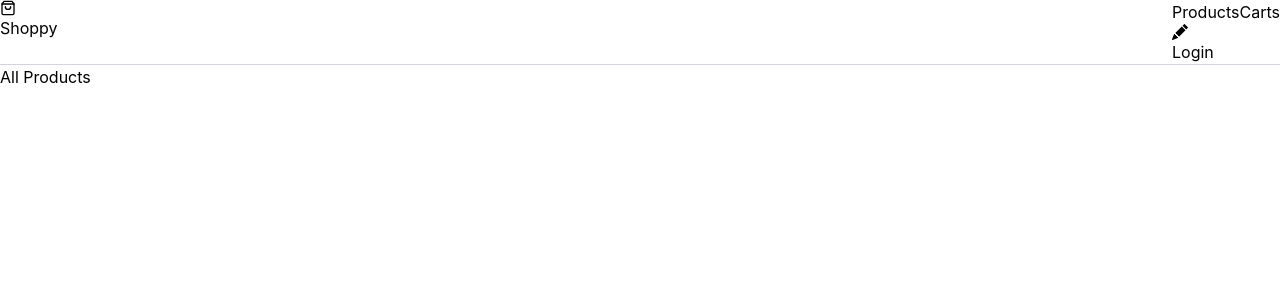
Repository: tjgus22/shoppy
Page: /products
The author's editor kept a copy of each file at every save. The page is drawn from the files as they stood at one save, then again after the next save.
The browser window is 1280 px wide. The pictures show the whole page.
The project was rebuilt for these pictures with package versions that can differ from the ones it lists, and the page was loaded fresh each time. Also part of the build but not shown: src/pages/Home.jsx, src/pages/ProductDetail.jsx, src/pages/NewProduct.jsx, src/pages/MyCart.jsx, src/pages/NotFound.jsx.

Above is the page before, as saved 2024-01-03 13:47:11.

After the next save:
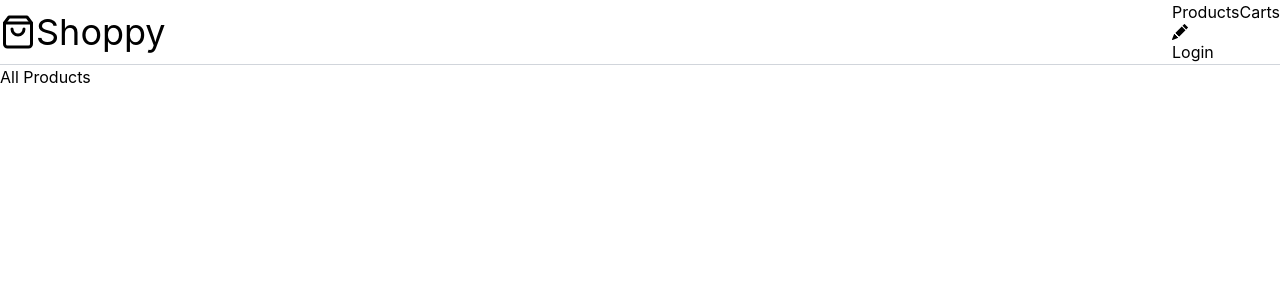
Saved 25 s later.
--- a/src/components/Navbar.jsx
+++ b/src/components/Navbar.jsx
@@ -6,7 +6,7 @@ import { BsFillPencilFill } from 'react-icons/bs';
 export default function Navbar() {
   return (
     <header className='flex justify-between border-b border-gray-300'>
-      <Link to='/'>
+      <Link to='/' className='flex items-center text-4xl text-brand'>
         <FiShoppingBag />
         <h1>Shoppy</h1>
       </Link>
